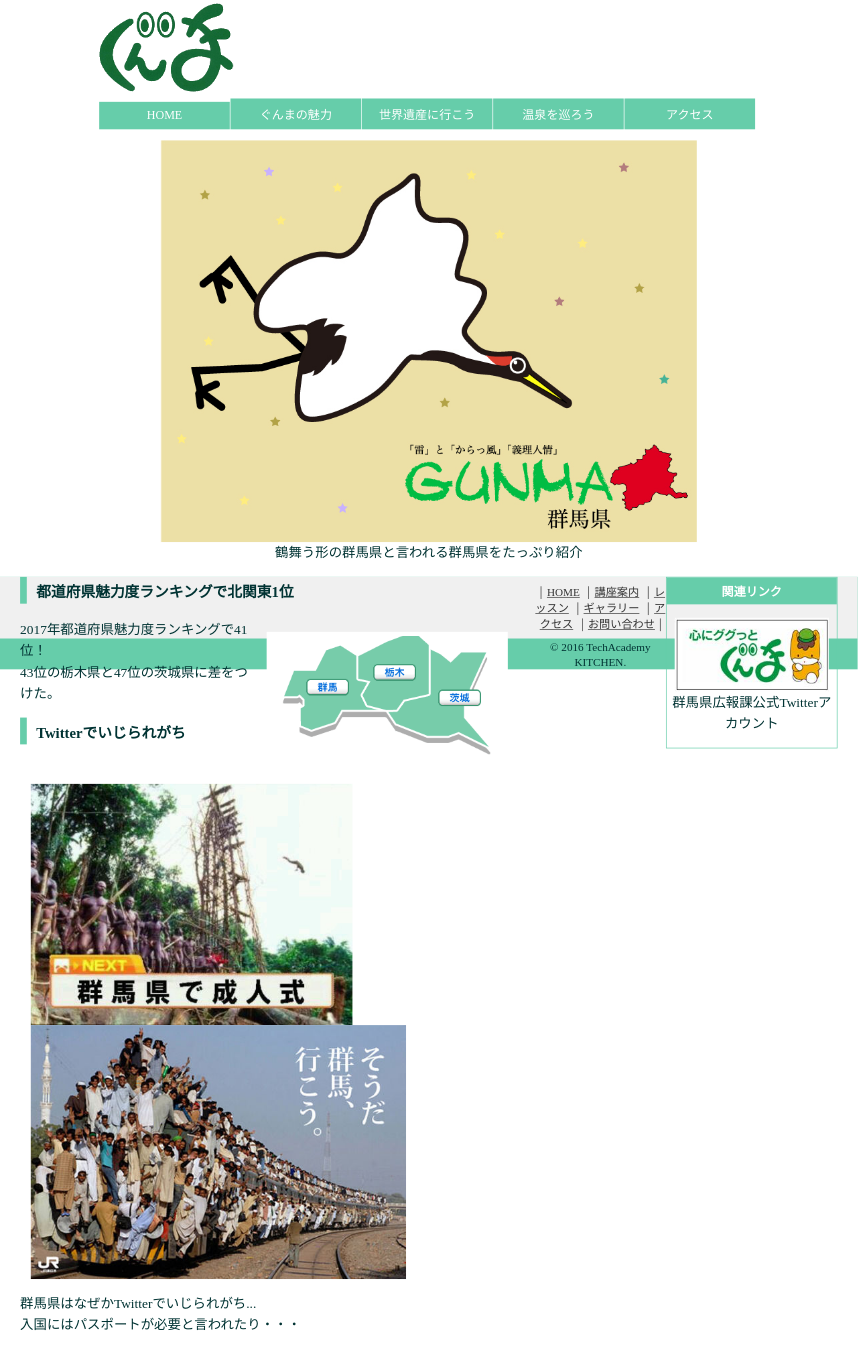
Repository: erinakatagiri/gomi
Page: gunma/Gunma.html
The author's editor kept a record of every edit. The page is drawn from the files as they stood at one moment, then again after the next edit.
The browser window is 1280 px wide. The pictures show the whole page, at 67% of full size.

Above is the page before.

After the next edit:
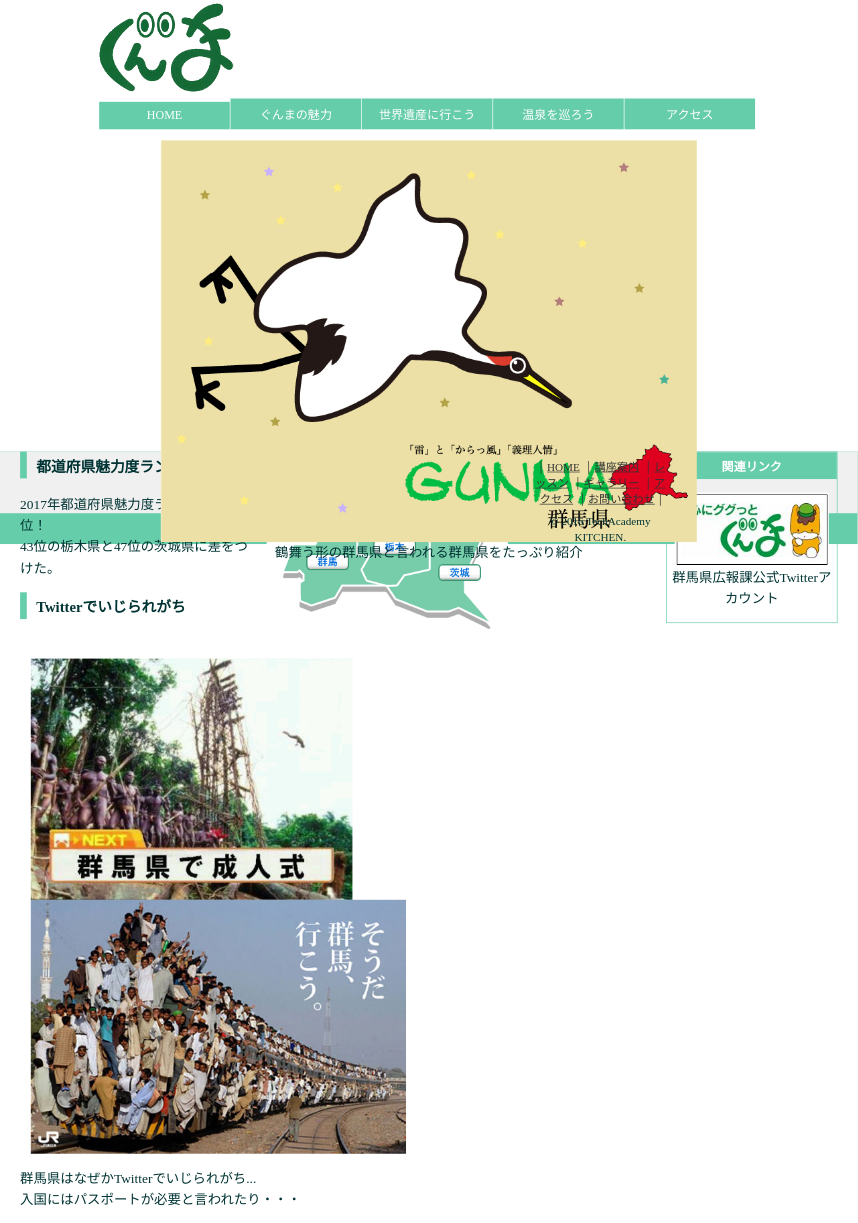
The edit:
--- a/gunma/Gunma.css
+++ b/gunma/Gunma.css
@@ -74,6 +74,10 @@
 
 #main_visual{
     text-align: center;
+    width: 984px;
+    height: 440px;
+    margin: 0 auto 25px;
+}
 }
 #intro{
     font-size: 22px;
